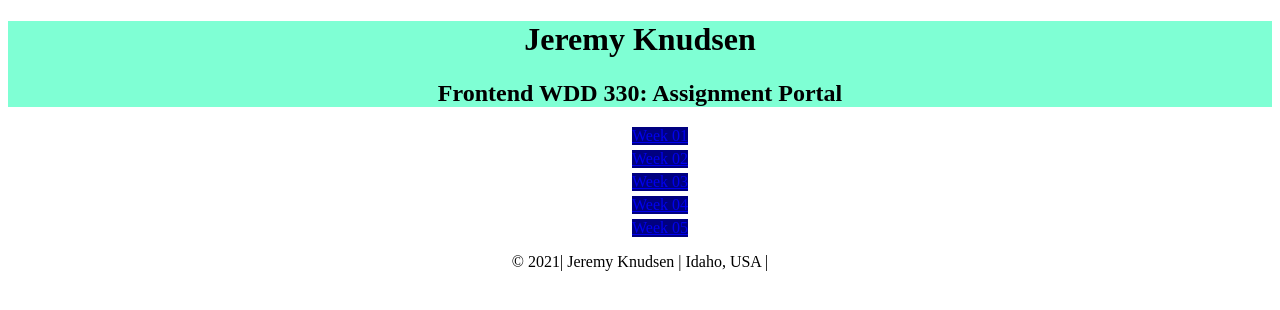
Repository: jknudsen97/WDD-330-Portfolio
Page: index.html
These files come from the project's save history. The page is drawn as it stood at one moment and after the next save; the edit follows.
The browser window is 1280 px wide. The pictures show the whole page.

Above is the page before, as saved 2021-10-20 19:29:41.

### index.html
<!DOCTYPE html>
<html lang="en-US">
  <head>
    <meta charset="UTF-8" />
    <meta http-equiv="X-UA-Compatible" content="IE=edge" />
    <meta name="viewport" content="width=device-width, initial-scale=1.0" />
    <meta name="author" content="Jeremy Knudsen" />
    <script src="js/main.js" defer></script>
    <script src="js/script.js" defer></script>
    <link rel="stylesheet" href="css/style.css">
    <link rel="preconnect" href="https://fonts.googleapis.com" />
    <link rel="apple-touch-icon" sizes="180x180" href="/apple-touch-icon.png" />
    <link rel="icon" type="image/png" sizes="32x32" href="/favicon-32x32.png" />
    <link rel="icon" type="image/png" sizes="16x16" href="/favicon-16x16.png" />
    <link rel="mask-icon" href="/safari-pinned-tab.svg" color="#5bbad5" />
    <meta name="msapplication-TileColor" content="#da532c" />
    <meta name="theme-color" content="#ffffff" />
    <link rel="shortcut icon" href="/favicon.ico" />

    <title>Jeremy Knudsen Web Frontend 2: WDD330</title>
  </head>
  <body>
    <main>
      <header>
        <h1 class="nametitle">Jeremy Knudsen</h1>
        <h2 class="assignmentheader">Frontend WDD 330: Assignment Portal</h2>
      </header>
      <div id="assignments"></div>
      <footer>
        &copy; <span id="currentyear"></span>| Jeremy Knudsen | Idaho, USA |
      </footer>
    </main>
  </body>
</html>

### js/main.js
const requestLinks = "json/main.json";

fetch(requestLinks)
.then(function (response) {
  return response.json();
})
.then(function (jsObject){
  const weeks = jsObject['assignments'];
  console.log(weeks);

  let block = document.createElement('div');
  let ulList = document.createElement('ul');

  weeks.forEach( week => {
    let li = document.createElement('li');
    let a = document.createElement('a');
    a.setAttribute('href', week.url);
    a.textContent = week.label;
    li.append(a);
    ulList.append(li);
  })
  block.append(ulList)
  document.querySelector('#assignments').append(block);
})

### js/script.js
const date = new Date();
const options = {
      weekday: "long",
      month: "long",
      day: "numeric",
      year: "numeric",
    };
document.querySelector("#currentyear").innerHTML
= date.getFullYear();

### css/style.css
main{
    text-align: center;
}

header{
    background-color: aquamarine;
}

ul{
    list-style-type: none;
}

li{
    width: fit-content;
    border: 2px;
    margin: 5px;
    color: black;
    margin-left: auto;
    margin-right: auto;
    background-color: navy;
}

li:hover{
    color: black;
    background-color: white;
}

### json/main.json
{
    "assignments": [

       {
          "label": "Week 01",
          "url": "week1/teamactivity.html"
       },

       {
        "label": "Week 02",
        "url": "week2/teamactivity.html"
       },

       {
         "label": "Week 03",
         "url": "week3/teamactivity.html"
      },

      {
         "label": "Week 04",
         "url": "week4/teamactivity.html"
      },

      {
         "label": "Week 05",
         "url": "week5/teamactivity.html"
      }

    ]
 }

After the next save:
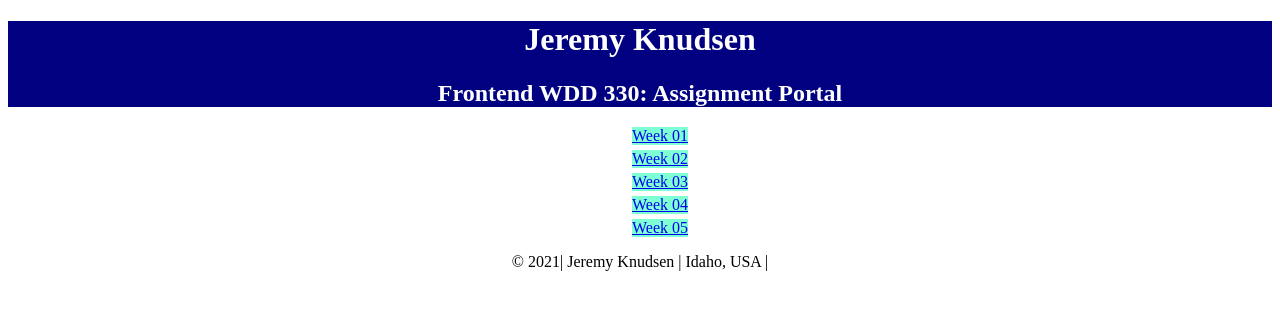
Saved 27 s later.
--- a/css/style.css
+++ b/css/style.css
@@ -3,7 +3,8 @@ main{
 }
 
 header{
-    background-color: aquamarine;
+    color: white;
+    background-color: navy;
 }
 
 ul{
@@ -17,7 +18,7 @@ li{
     color: black;
     margin-left: auto;
     margin-right: auto;
-    background-color: navy;
+    background-color: aquamarine;
 }
 
 li:hover{
